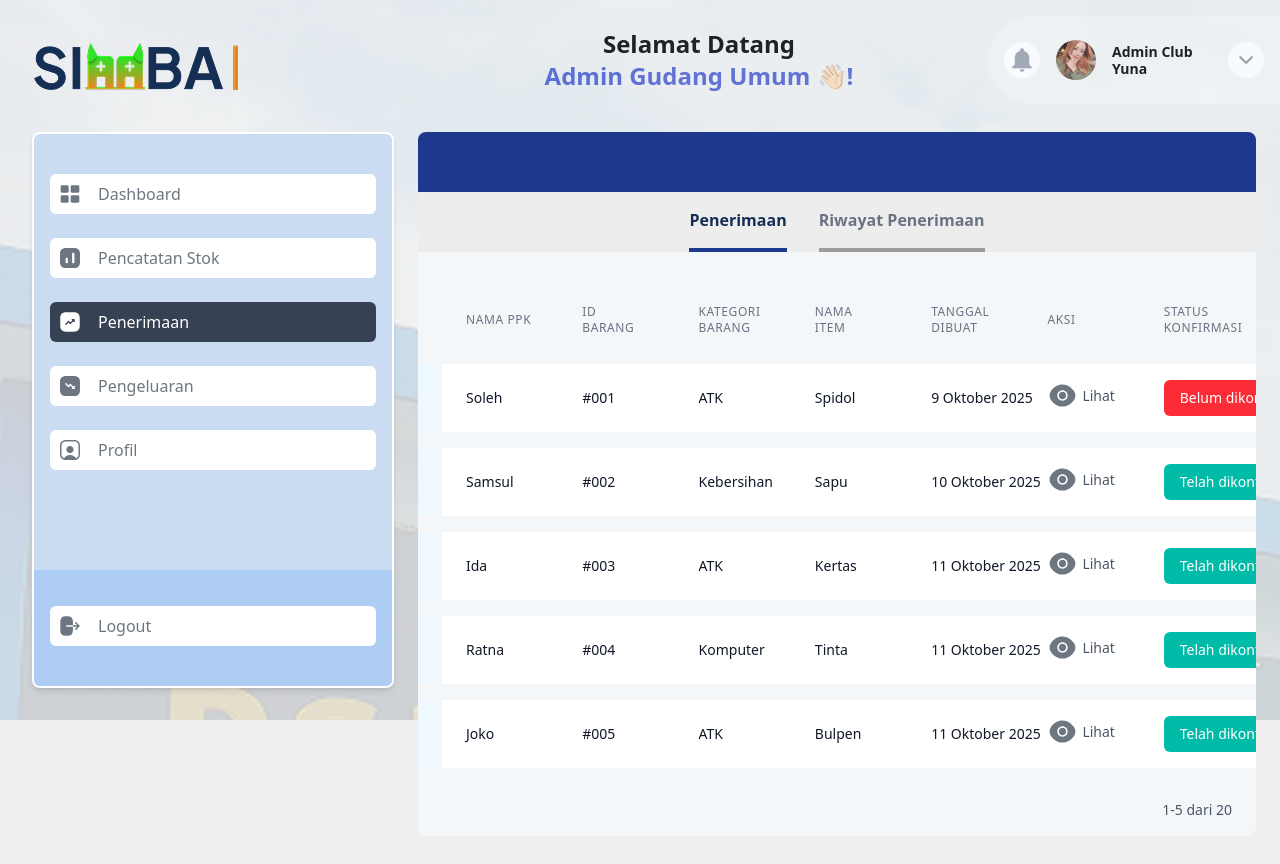
Repository: Gokerwow/inventory-fe
Page: /penerimaan
An editor plug-in stored every save of this project. The page is shown before and after a run of saves, followed by the edit.
The browser window is 1280 px wide. The pictures show the whole page.
The project was rebuilt for these pictures with package versions that can differ from the ones it lists, and the page was loaded fresh each time. Also part of the build but not shown: vite.config.ts, src/components/categoryBarChart.tsx, src/components/lineChart.tsx, src/pages/dashboard.tsx, src/pages/stokBarang.tsx, src/pages/pengeluaran.tsx, src/pages/profil.tsx.

Above is the page before, as saved 2025-10-14 18:56:40.

After the next 2 saves:
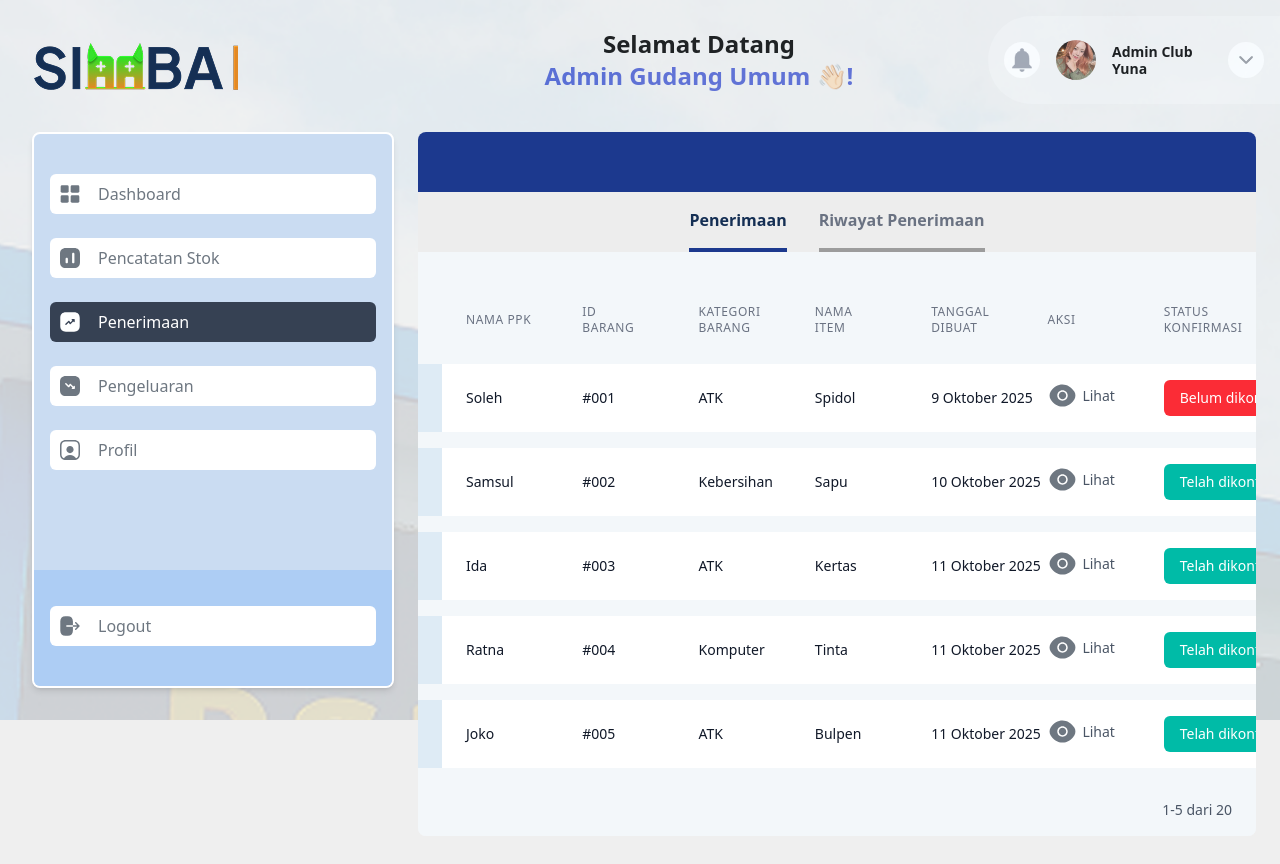
The 2 saves are shown as one change because they came seconds apart.
The last was saved 11 s later.
--- a/src/pages/penerimaan.tsx
+++ b/src/pages/penerimaan.tsx
@@ -118,7 +118,7 @@ export default function Penerimaan() {
                         <tbody className="">
                             {data.map((item) => (
                                 <tr key={item.id} className="hover:bg-blue-100 bg-[#FFFFFF]">
-                                    <td className='w-full h-full bg-[#EFF8FF]'>
+                                    <td className='w-full h-full bg-[#deebf5]'>
                                     </td>
                                     <td className="px-6 py-4 whitespace-nowrap text-sm text-gray-900">
                                         {item.namaPPK}
